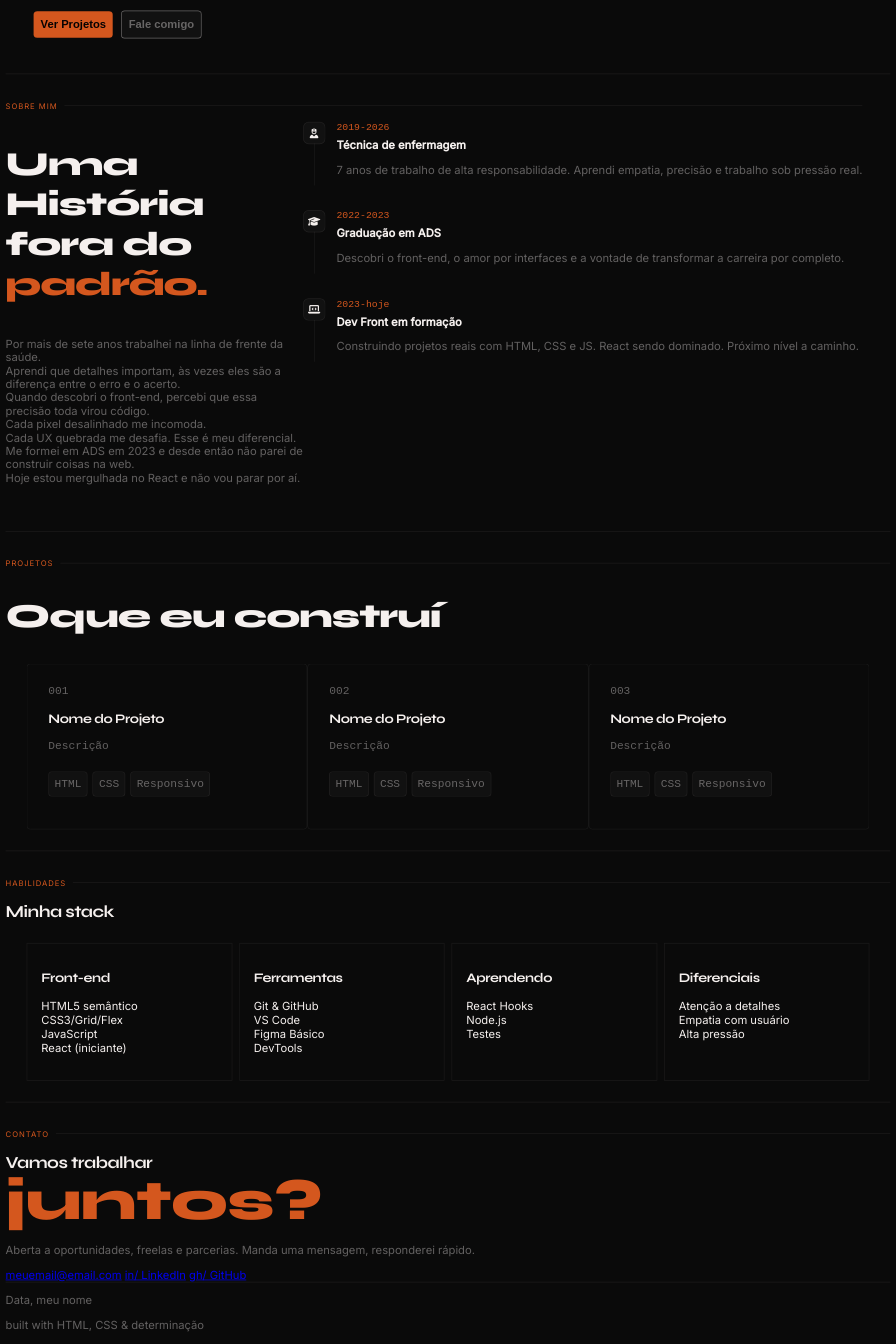
Repository: Bitroia/Portifolio
Page: index.html
The author's editor kept a copy of each file at every save. The page is drawn from the files as they stood at one save, then again after the next save.
The browser window is 1280 px wide. The pictures show the part of the page from y = 710 to 2630 px (the page is 2630 px tall), at 70% of full size.
Some web fonts or font styles are not loaded; a fallback is used.

Above is the page before, as saved 2026-04-30 19:04:04.

### index.html
<!doctype html>
<html lang="pt-br">
  <head>
    <meta charset="UTF-8" />
    <meta name="viewport" content="width=device-width, initial-scale=1.0" />
    <link rel="stylesheet" href="styles/style.css" />
    <script src="scripts/script.js" defer></script>
    <link
      href="https://fonts.googleapis.com/css2?family=Syne:wght@400;700;800&family=Inter:wght@300;400;500&display=swap"
      rel="stylesheet"
    />
    <link
      href="https://fonts.googleapis.com/css2?family=Syne:wght@400;700;800&family=Syne+Mono&family=Inter:wght@300;400;500&display=swap"
      rel="stylesheet"
    />
    <link
      rel="stylesheet"
      href="https://cdnjs.cloudflare.com/ajax/libs/font-awesome/6.5.0/css/all.min.css"
    />
    <title>Meu portifólio</title>
  </head>
  <body>
    <header>
      <nav id="nav-container">
        <h2>vitoria.cardozo</h2>
        <ul id="ul-container">
          <li><a href="#">SOBRE</a></li>
          <li><a href="#">PROJETOS</a></li>
          <li><a href="#">SKILLS</a></li>
          <li><a href="#">CONTATO</a></li>
        </ul>
      </nav>
    </header>
    <main>
      <section id="hero-section">
        <section id="sections-container">
          <section id="introduction-section">
            <div id="available-container">
              <span class="dot-2"></span>
              <p class="available-p">Disponível para oportunidades</p>
            </div>
            <span class="line-1">Front-end</span>
            <span class="line-2">que veio da</span>
            <span class="accent">linha de frente</span>
            <p class="p-introduction">
              Da enfermagem para o código. Construo interfaces <br />
              com a mesma precisão que aprendi cuidando de <br />
              pessoas. ADS 2023. HTML, CSS, JS. React no forno.
            </p>
            <button id="projects-btn">Ver Projetos</button>
            <button id="talk-to-me-btn">Fale comigo</button>
          </section>
          <section id="secondary-section">
            <div id="info-container">
              <div class="terminal-bar">
                <span class="dot red"></span>
                <span class="dot yellow"></span>
                <span class="dot green"></span>
                <span class="terminal-title">perfil.json</span>
              </div>
              <div id="code-info-container">
                <pre><code><span class="t-comment">// desenvolvendo front-end</span>
          {
        <span class="t-key">"nome"</span>: <span class="t-str">"Vitoria Cardozo"</span>,
        <span class="t-key">"stack"</span>: [<span class="t-str">"HTML"</span>, <span class="t-str">"CSS"</span>, <span class="t-str">"JS"</span>, <span class="t-str">"React"</span>],
        <span class="t-key">"formação"</span>: <span class="t-str">"ADS 2023"</span>,
        <span class="t-key">"background"</span>: <span class="t-str">"Enfermagem"</span>,
        <span class="t-key">"status"</span>: <span class="t-const">open_to_work</span>
         }
                </code></pre>
              </div>
            </div>
            <ul class="mini-cards-container">
              <li class="mini-card">
                <span class="num">5+</span>
                <span class="label">Anos desenvolvendo atenção a detalhes</span>
              </li>
              <li class="mini-card">
                <span class="num">ADS</span>
                <span class="label"
                  >Graduação em Análise e desenvolvimento de Sistemas</span
                >
              </li>
              <li class="mini-card">
                <span class="num">3+</span>
                <span class="label">Projetos front-end no portfólio</span>
              </li>
              <li class="mini-card">
                <span class="num">&#8734;</span>
                <span class="label">Vontade de aprender e crescer</span>
              </li>
            </ul>
          </section>
        </section>
      </section>
      <section id="about-me-section">
        <span class="title">Sobre mim</span>
        <section id="history-section">
          <h1 class="font-history">
            <span class="font-history-1">Uma História</span><br />fora do
            <span class="font-history-2">padrão.</span>
          </h1>
          <p>
            Por mais de sete anos trabalhei na linha de frente da saúde. <br />
            Aprendi que detalhes importam, às vezes eles são a diferença entre o
            erro e o acerto. <br />
            Quando descobri o front-end, percebi que essa precisão toda virou
            código. <br />
            Cada pixel desalinhado me incomoda. <br />
            Cada UX quebrada me desafia. Esse é meu diferencial. <br />
            Me formei em ADS em 2023 e desde então não parei de construir coisas
            na web. <br />
            Hoje estou mergulhada no React e não vou parar por aí.
          </p>
        </section>
        <section id="experiences-section">
          <dl class="experiences-list">
            <div class="exp-row">
              <div class="exp-item">
                <div class="box-icon">
                  <i class="fa-solid fa-user-nurse icon"></i>
                </div>
              </div>
              <div class="exp-content">
                <dt class="date-exp">2019-2026</dt>
                <dd class="desc-exp">
                  <strong>Técnica de enfermagem</strong>
                  <p>
                    7 anos de trabalho de alta responsabilidade. Aprendi
                    empatia, precisão e trabalho sob pressão real.
                  </p>
                </dd>
              </div>
            </div>
            <div class="exp-row">
              <div class="exp-item">
                <div class="box-icon">
                  <i class="fa-solid fa-graduation-cap icon"></i>
                </div>
              </div>
              <div class="exp-content">
                <dt class="date-exp">2022-2023</dt>
                <dd class="desc-exp">
                  <strong>Graduação em ADS</strong>
                  <p>
                    Descobri o front-end, o amor por interfaces e a vontade de
                    transformar a carreira por completo.
                  </p>
                </dd>
              </div>
            </div>
            <div class="exp-row">
              <div class="exp-item">
                <div class="box-icon">
                  <i class="fa-solid fa-laptop-code icon"></i>
                </div>
              </div>
              <div class="exp-content">
                <dt class="date-exp">2023-hoje</dt>
                <dd class="desc-exp">
                  <strong>Dev Front em formação</strong>
                  <p>
                    Construindo projetos reais com HTML, CSS e JS. React sendo
                    dominado. Próximo nível a caminho.
                  </p>
                </dd>
              </div>
            </div>
          </dl>
        </section>
      </section>
      <section id="projects-section">
        <span class="title">Projetos</span>
        <h2 class="font-build">Oque eu construí</h2>
        <div id="article-container">
          <article class="project-card">
            <a href="#" class="link-overlay" target="_blank"></a>
            <span class="num-article">001</span>
            <h3>Nome do Projeto</h3>
            <p>Descrição</p>
            <ul class="tech-tags">
              <li>HTML</li>
              <li>CSS</li>
              <li>Responsivo</li>
            </ul>
          </article>
          <article class="project-card">
            <a href="#" class="link-overlay" target="_blank"></a>
            <span class="num-article">002</span>
            <h3>Nome do Projeto</h3>
            <p>Descrição</p>
            <ul class="tech-tags">
              <li>HTML</li>
              <li>CSS</li>
              <li>Responsivo</li>
            </ul>
          </article>
          <article class="project-card">
            <a href="#" class="link-overlay" target="_blank"></a>
            <span class="num-article">003</span>
            <h3>Nome do Projeto</h3>
            <p>Descrição</p>

            <ul class="tech-tags">
              <li>HTML</li>
              <li>CSS</li>
              <li>Responsivo</li>
            </ul>
          </article>
        </div>
      </section>
      <section id="skills-section">
        <span class="title">Habilidades</span>
        <h1>Minha stack</h1>
        <div id="stacks-container">
          <article class="stack-card">
            <h3>Front-end</h3>
            <ul class="stack-ul">
              <li>HTML5 semântico</li>
              <li>CSS3/Grid/Flex</li>
              <li>JavaScript</li>
              <li>React (iniciante)</li>
            </ul>
          </article>
          <article class="stack-card">
            <h3>Ferramentas</h3>
            <ul class="stack-ul">
              <li>Git & GitHub</li>
              <li>VS Code</li>
              <li>Figma Básico</li>
              <li>DevTools</li>
            </ul>
          </article>
          <article class="stack-card">
            <h3>Aprendendo</h3>
            <ul class="stack-ul">
              <li>React Hooks</li>
              <li>Node.js</li>
              <li>Testes</li>
            </ul>
          </article>
          <article class="stack-card">
            <h3>Diferenciais</h3>
            <ul class="stack-ul">
              <li>Atenção a detalhes</li>
              <li>Empatia com usuário</li>
              <li>Alta pressão</li>
            </ul>
          </article>
        </div>
      </section>
      <section id="go-to-work-section">
        <span class="title">Contato</span>
        <h1>
          Vamos trabalhar
          <span class="accent">juntos?</span>
        </h1>
        <p>
          Aberta a oportunidades, freelas e parcerias. Manda uma mensagem,
          responderei rápido.
        </p>
        <a href="#" class="contact-link">meuemail@email.com</a>
        <a href="#" class="contact-link">in/ LinkedIn</a>
        <a href="#" class="contact-link">gh/ GitHub</a>
      </section>
    </main>
    <footer>
      <p>Data, meu nome</p>
      <p>built with HTML, CSS & determinação</p>
    </footer>
  </body>
</html>

### styles/style.css
:root {
  --fundo-geral: #0a0a0a;
  --fundo-cards: #111111;
  --hovers: #d8b5b5;
  --text: #f5f0ee;
  --second-text: #f5f0ee61;
  --dark-text: #050202;
  --accent: #d4571e;
  --accent-hover: #ff6a2a;
  --border: #f5f0ee12;
  --t-str: #7dd3fc;
  --t-comment: #5a6a1f;
  --font-title: "Syne", sans-serif;
  --font-body: "Inter", sans-serif;
  --font-mono: 'Syne Mono', monospace;
}
@keyframes pulse {
  0%,
  100% {
    opacity: 1;
    transform: scale(1);
  }
  50% {
    opacity: 0.4;
    transform: scale(1.5);
  }
}
* {
  padding: 0;
}

h1,
h2,
h3 {
  font-weight: 600;
  letter-spacing: -0.03em;
  color: var(--text);
  font-family: var(--font-title);
}

.line-1,
.accent {
  font-family: var(--font-title);
  font-weight: 800;
}

.font-history {
  font-size: 3rem;
  font-weight: 800;
}

.font-history-2 {
  color: var(--accent);
}

p {
  color: var(--second-text);
  line-height: 1.2;
}

.title {
  display: flex;
  align-items: center;
  gap: 10px;
  width: 100%;
}
.title::after {
  content: "";
  flex: 1;
  height: 1px;
  background-color: var(--border);
}

body {
  background-color: var(--fundo-geral);
  color: var(--text);
  font-family: var(--font-body);
  font-weight: 400;
}

/* Header */

header {
  border-bottom: 1px solid var(--border);
}

#nav-container {
  display: flex;
  justify-content: space-between;
  padding: 0.5px;
}

#ul-container {
  display: flex;
  list-style: none;
  gap: 1rem;
}

#ul-container a {
  text-decoration: none;
  color: var(--second-text);
  font-size: 13px;
  transition: 0.5s;
}

#ul-container a:hover {
  color: var(--hovers);
}

/* Apresentação */

#available-container {
  display: flex;
  flex-direction: row;
  align-items: center;
  gap: 8px;
}

.line-1 {
  color: var(--text);
  display: block;
  font-size: 5rem;
  width: 100%;
  line-height: 1;
}

.line-2 {
  color: var(--second-text);
  display: block;
  font-size: 4rem;
  width: 100%;
  display: inline-block;
  line-height: 1;
}

.accent {
  color: var(--accent);
  font-size: 5rem;
  display: block;
  line-height: 1;
}

.available-p {
  color: var(--accent);
}

/* Cards */

#info-container {
  display: flex;
  flex-direction: column;
  width: 700px;
  border-radius: 5px;
}

.terminal-bar {
  display: flex;
  gap: 8px;
  align-items: center;
  padding: 10px 14px;
  background-color: #181818;
  border-bottom: 2px solid var(--fundo-cards);
  border-radius: 5px;
  margin-bottom: 0;
}
.dot-2 {
  background-color: #ccff00;
  animation: pulse 2s ease-in-out infinite;
  width: 5px;
  height: 5px;
  border-radius: 50%;
  display: inline-block;
}

.dot {
  width: 8px;
  height: 8px;
  border-radius: 50%;
  display: inline-block;
}

.dot.red {
  background-color: #ff5f57;
}
.dot.yellow {
  background: #ffbd2e;
}
.dot.green {
  background: #28c840;
}

.terminal-title {
  font-family: var(--font-mono);
  font-size: 11px;
  color: var(--second-text);
  margin: 0 auto;
}

#code-info-container {
  color: var(--second-text);
  background-color: var(--fundo-cards);
  border-radius: 3px;
  font-size: 12px;
  line-height: 2;
  height: 210px;
}

#code-info-container pre {
  margin: 0;
  padding: 1rem;
  white-space: pre; /* mantém a formatação do código */
  max-width: 100%; /* não vaza do pai */
}

.t-comment {
  color: var(--t-comment);
}

.t-key {
  color: var(--accent);
}

.t-str {
  color: var(--t-str);
}
/* Sessões */

#hero-section {
  padding: 0 40px 50px 0;
  margin-top: 3%;
  border-bottom: 1px solid var(--border);
}

#introduction-section {
  flex: 1;
}

#introduction-section .p-introduction {
  border-left: var(--accent) 2px solid;
  padding-left: 12px;
}

#secondary-section {
  width: 700px;
  height: 550px;
}

.mini-cards-container {
  display: grid;
  grid-template-columns: repeat(2, 1fr);
  gap: 16px;
  width: 700px;
}

.mini-card {
  display: flex;
  border: 1px solid var(--border);
  padding: 30px;
  list-style: none;
  text-align: center;
  flex-direction: column;
  border-radius: 5px;
  flex: 0 0 calc(50% - 8px);
  background-color: var(--fundo-cards);
}

.num {
  color: var(--accent);
  font-family: var(--font-title);
  font-size: 23px;
  font-weight: 800;
  letter-spacing: -0.03em;
  margin-bottom: 6px;
  text-align: left;
}

.mini-card .label {
  color: var(--second-text);
  text-align: left;
  margin-top: 5px;
  font-size: 16px;
  font-family: var(--font-mono);
}

#sections-container {
  display: flex;
  gap: 40px;
  margin-top: 3%;
  padding: 0 40px;
}

#introduction-section p {
  justify-self: left;
  display: block;
}

#about-me-section {
  padding: 0 40px 50px 0;
  margin-top: 3%;
  border-bottom: 1px solid var(--border);
  display: flex;
  flex-wrap: wrap;
}

.title,
.available-p {
  font-family: var(--mono);
  font-size: 11px;
  letter-spacing: 0.12em;
  text-transform: uppercase;
  color: var(--accent);
  display: flex;
  align-items: center;
  gap: 10px;
}

#history-section {
  flex: 1;
}

.date-exp {
  color: var(--accent);
  font-family: var(--font-mono);
  font-size: 14px;
  margin-bottom: 3px;
}

.experiences-list {
  display: flex;
  flex-direction: column;
  gap: 32px; /* espaço entre cada experiência */
}

.exp-item {
  position: relative;
}

.exp-content {
  display: flex;
  flex-direction: column;
}

.desc-exp {
  margin: 4px 0 0 0;
}

.box-icon {
  position: relative;
  flex-shrink: 0; /* impede o ícone de encolher */
  display: flex;
  align-items: center;
  border: 1px solid var(--border);
  justify-content: center;
  width: 30px;
  height: 30px;
  border-radius: 8px;
  background-color: var(--fundo-cards);
}

.icon {
  font-size: 14px;
}

.exp-item:not(:last-child) .box-icon::after {
  content: "";
  position: absolute;
  top: 100%;
  left: 50%;
  transform: translateX(-50%);
  width: 1px;
  height: 60px;
  background-color: var(--border);
}

/* Linha do tempo */

.exp-row {
  display: flex;
  gap: 16px;
  align-items: flex-start;
}

#projects-section {
  margin-top: 3%;
  border-bottom: 1px solid var(--border);
}

.font-build{
  font-size: 3rem;
  font-weight: 800;
}

#article-container{
  display: flex;
  margin: 30px;
  font-family: var(--font-mono);
}

.project-card{
  border: 1px solid var(--border);
  padding: 30px;
  width: 90%;
  text-align: left;
  border-radius: 5px;
  cursor: pointer;
  position: relative;
  overflow: hidden;
}

.project-card::before{
  content: '';
  position: absolute;
  top: 0;
  left: 0;
  right: 0;
  height: 2px;
  background: var(--accent);
  transform: scaleX(0);
  transform-origin: left;
  transition: transform 0.3s ease;
}

.project-card:hover{

background-color: var(--border);
}

.project-card:hover::before {
  transform: scaleX(1);
}

.link-overlay{
  position: absolute;
  inset: 0;
}

.num-article{
  color: var(--second-text);
  font-family: var(--font-mono);
}

.tech-tags{
  list-style: none;
  display: flex;
  gap: 7px;
}

.tech-tags li{
  border: 1px solid var(--border);
  text-align: center;
  background-color: var(--fundo-cards);
  border-radius: 5px;
  padding: 8px;
  color: var(--second-text);
  margin-top: 10px;
}

#skills-section {
  margin-top: 3%;
  border-bottom: 1px solid var(--border);
}

#stacks-container{
  display: flex;
  margin: 30px;
  gap: 10px;
}

.stack-card{
  border: 1px solid var(--border);
  padding: 20px;
  width: 40%;
}

.stack-ul{
  list-style: none;
}

#go-to-work-section {
  margin-top: 3%;
  border-bottom: 1px solid var(--border);
}
/* Botões */

#projects-btn {
  background-color: var(--accent);
  padding: 10px;
  border-radius: 5px;
  border: none;
  color: var(--dark-text);
  font-size: 1rem;
  font-weight: 600;
  text-align: center;
  transition: transform 0.2s ease;
}

#talk-to-me-btn {
  background-color: var(--fundo-cards);
  padding: 10px;
  border-radius: 5px;
  border: 1px solid var(--second-text);
  color: var(--second-text);
  margin-left: 7px;
  font-weight: 600;
  text-align: center;
  font-size: 1rem;
  transition: transform 0.2s ease;
}

#projects-btn:hover {
  background-color: var(--accent-hover);
  box-shadow:
    0 0 10px rgba(212, 87, 30, 0.6),
    0 0 20px rgba(212, 87, 30, 0.4);
  transform: translateY(-2px);
}

#talk-to-me-btn:hover {
  background-color: var(--fundo-geral);
  color: var(--accent);
  border: 1px solid var(--accent);
  transform: translateY(-3px);
}

Loaded but not shown: scripts/script.js (no stored copy; drawn as an empty file)

After the next save:
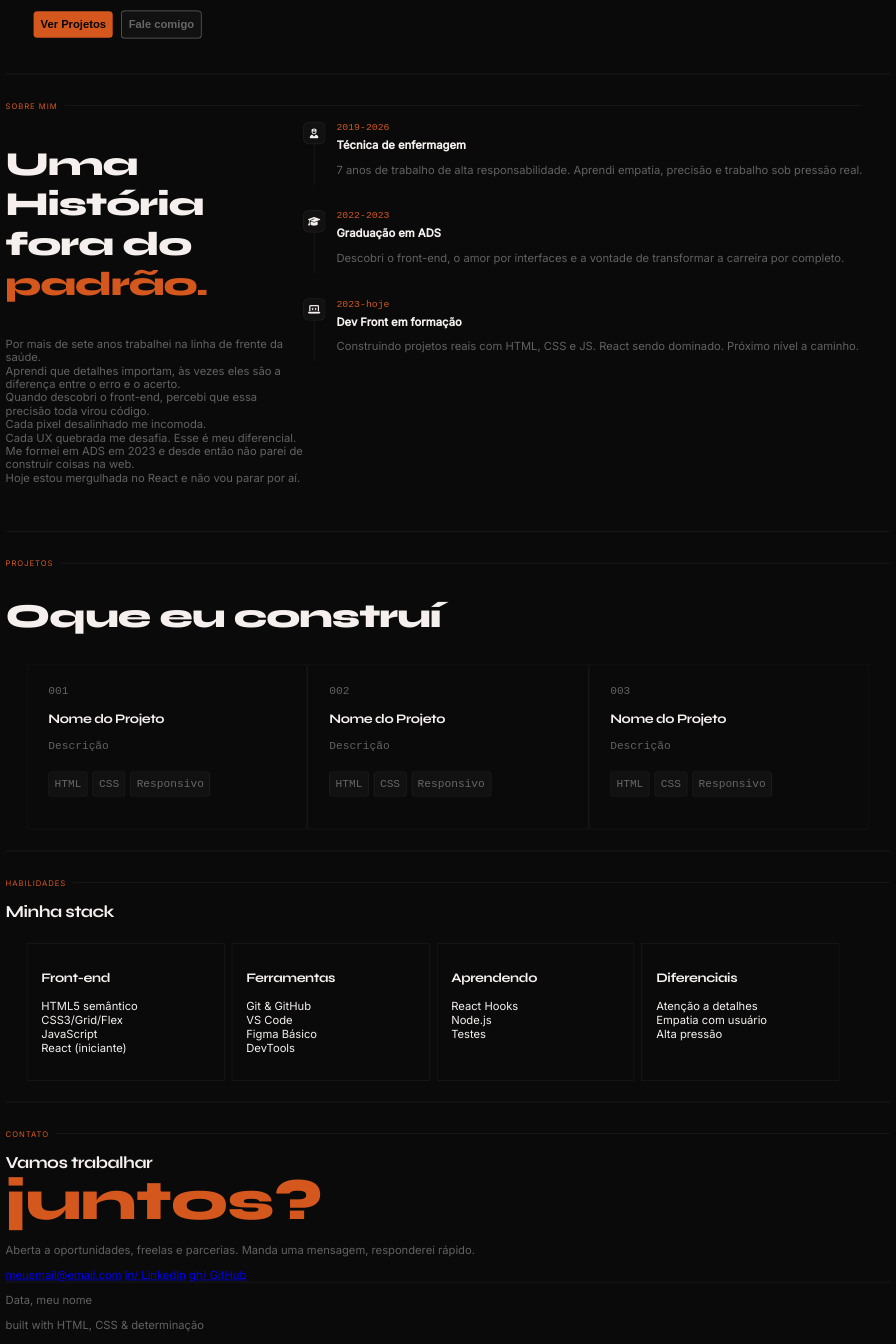
Saved 5 s later.
--- a/styles/style.css
+++ b/styles/style.css
@@ -469,7 +469,7 @@
 .stack-card{
   border: 1px solid var(--border);
   padding: 20px;
-  width: 40%;
+  width: 20%;
 }
 
 .stack-ul{

After the save that followed:
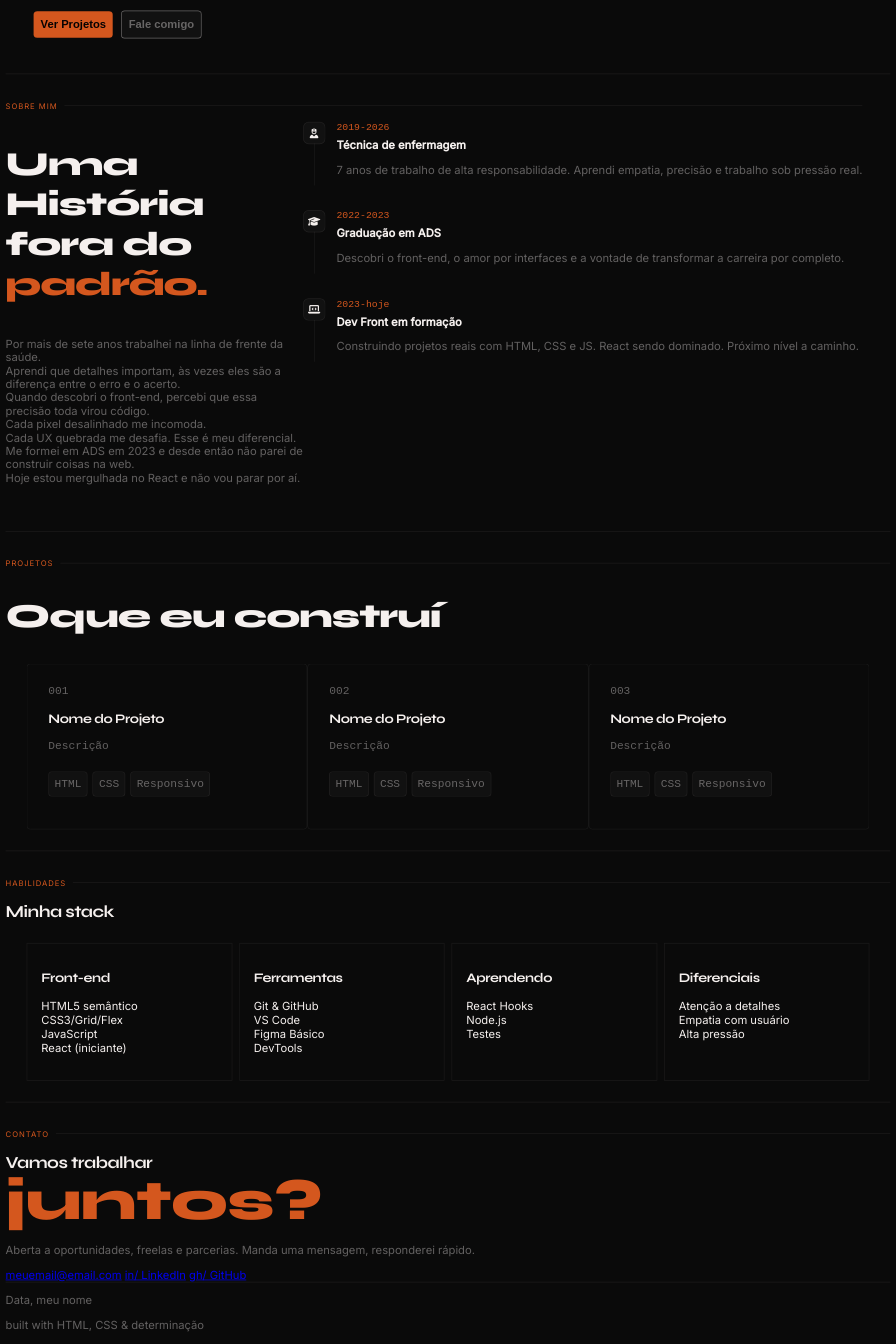
Saved 20 s later.
--- a/styles/style.css
+++ b/styles/style.css
@@ -469,7 +469,7 @@
 .stack-card{
   border: 1px solid var(--border);
   padding: 20px;
-  width: 20%;
+  width: 50%;
 }
 
 .stack-ul{
